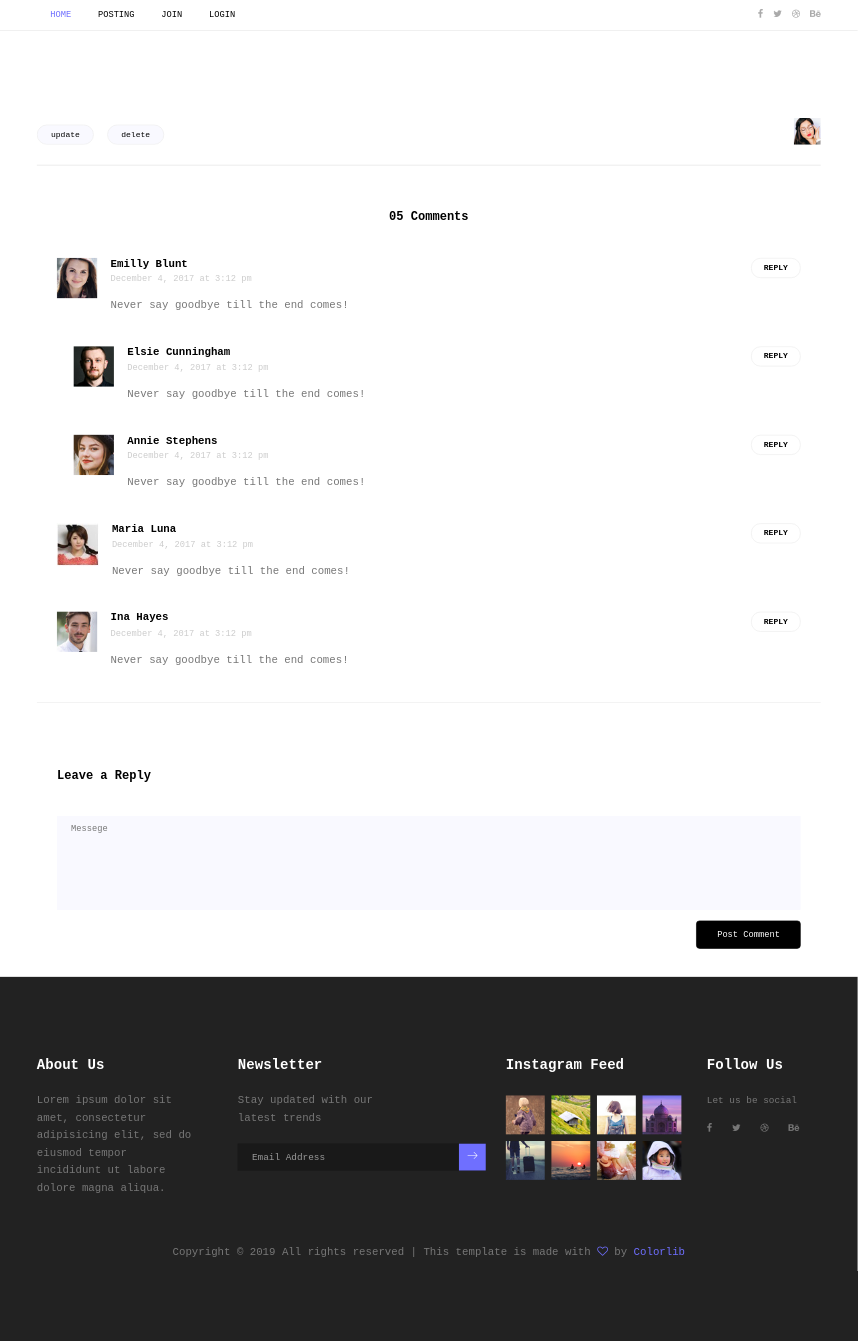
Repository: DAVISPARK/park
Page: http://localhost/blog/board/updateForm.jsp
The author's editor kept a copy of each file at every save. The page is drawn from the files as they stood at one save, then again after the next save.
The browser window is 1280 px wide. The pictures show the whole page, at 67% of full size.
Some web fonts or font styles are not loaded; a fallback is used. The page is served by Tomcat 9. The template is opened directly, without the code that normally fills it, so the values that code supplies are empty.

Above is the page before, as saved 2019-10-31 05:15:27.

After the next save:
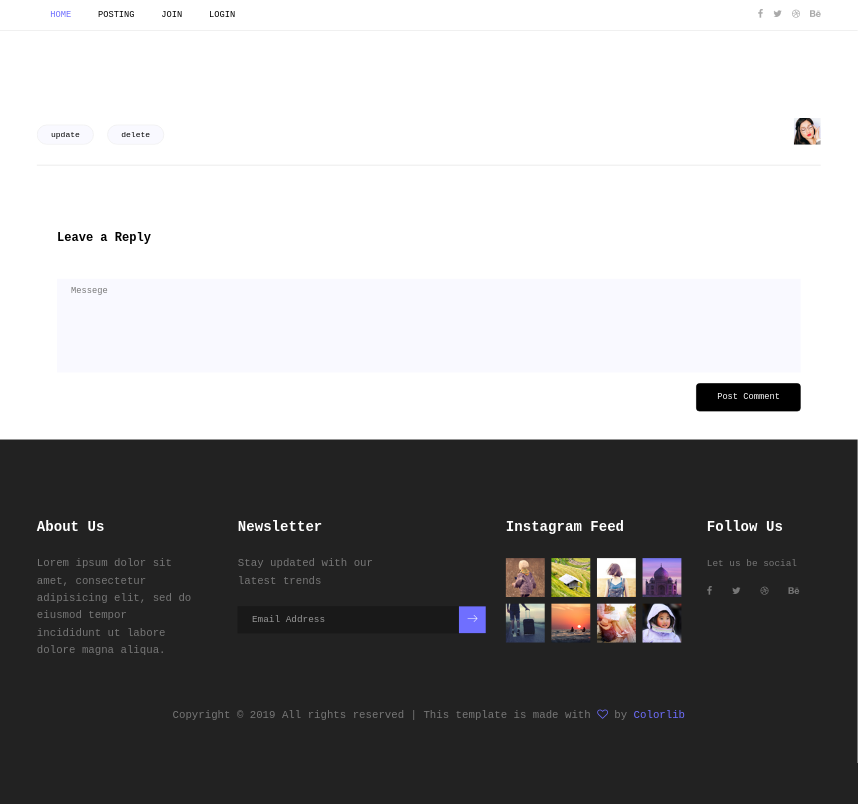
Saved 2 min 2 s later.
--- a/blog/WebContent/board/updateForm.jsp
+++ b/blog/WebContent/board/updateForm.jsp
@@ -36,104 +36,7 @@
 
 				</div>
 
-				<div class="comments-area">
-					<h4>05 Comments</h4>
-					<div class="comment-list">
-						<div class="single-comment justify-content-between d-flex">
-							<div class="user justify-content-between d-flex">
-								<div class="thumb">
-									<img src="img/blog/c1.jpg" alt="">
-								</div>
-								<div class="desc">
-									<h5>
-										<a href="#">Emilly Blunt</a>
-									</h5>
-									<p class="date">December 4, 2017 at 3:12 pm</p>
-									<p class="comment">Never say goodbye till the end comes!</p>
-								</div>
-							</div>
-							<div class="reply-btn">
-								<a href="" class="btn-reply text-uppercase">reply</a>
-							</div>
-						</div>
-					</div>
-					<div class="comment-list left-padding">
-						<div class="single-comment justify-content-between d-flex">
-							<div class="user justify-content-between d-flex">
-								<div class="thumb">
-									<img src="img/blog/c2.jpg" alt="">
-								</div>
-								<div class="desc">
-									<h5>
-										<a href="#">Elsie Cunningham</a>
-									</h5>
-									<p class="date">December 4, 2017 at 3:12 pm</p>
-									<p class="comment">Never say goodbye till the end comes!</p>
-								</div>
-							</div>
-							<div class="reply-btn">
-								<a href="" class="btn-reply text-uppercase">reply</a>
-							</div>
-						</div>
-					</div>
-					<div class="comment-list left-padding">
-						<div class="single-comment justify-content-between d-flex">
-							<div class="user justify-content-between d-flex">
-								<div class="thumb">
-									<img src="img/blog/c3.jpg" alt="">
-								</div>
-								<div class="desc">
-									<h5>
-										<a href="#">Annie Stephens</a>
-									</h5>
-									<p class="date">December 4, 2017 at 3:12 pm</p>
-									<p class="comment">Never say goodbye till the end comes!</p>
-								</div>
-							</div>
-							<div class="reply-btn">
-								<a href="" class="btn-reply text-uppercase">reply</a>
-							</div>
-						</div>
-					</div>
-					<div class="comment-list">
-						<div class="single-comment justify-content-between d-flex">
-							<div class="user justify-content-between d-flex">
-								<div class="thumb">
-									<img src="img/blog/c4.jpg" alt="">
-								</div>
-								<div class="desc">
-									<h5>
-										<a href="#">Maria Luna</a>
-									</h5>
-									<p class="date">December 4, 2017 at 3:12 pm</p>
-									<p class="comment">Never say goodbye till the end comes!</p>
-								</div>
-							</div>
-							<div class="reply-btn">
-								<a href="" class="btn-reply text-uppercase">reply</a>
-							</div>
-						</div>
-					</div>
-					<div class="comment-list">
-						<div class="single-comment justify-content-between d-flex">
-							<div class="user justify-content-between d-flex">
-								<div class="thumb">
-									<img src="img/blog/c5.jpg" alt="">
-								</div>
-								<div class="desc">
-									<h5>
-										<a href="#">Ina Hayes</a>
-									</h5>
-									<p class="date">December 4, 2017 at 3:12 pm</p>
-									<p class="comment">Never say goodbye till the end comes!</p>
-								</div>
-							</div>
-							<div class="reply-btn">
-								<a href="" class="btn-reply text-uppercase">reply</a>
-							</div>
-						</div>
-					</div>
-				</div>
+
 				<div class="comment-form">
 					<h4>Leave a Reply</h4>
 					<form>
